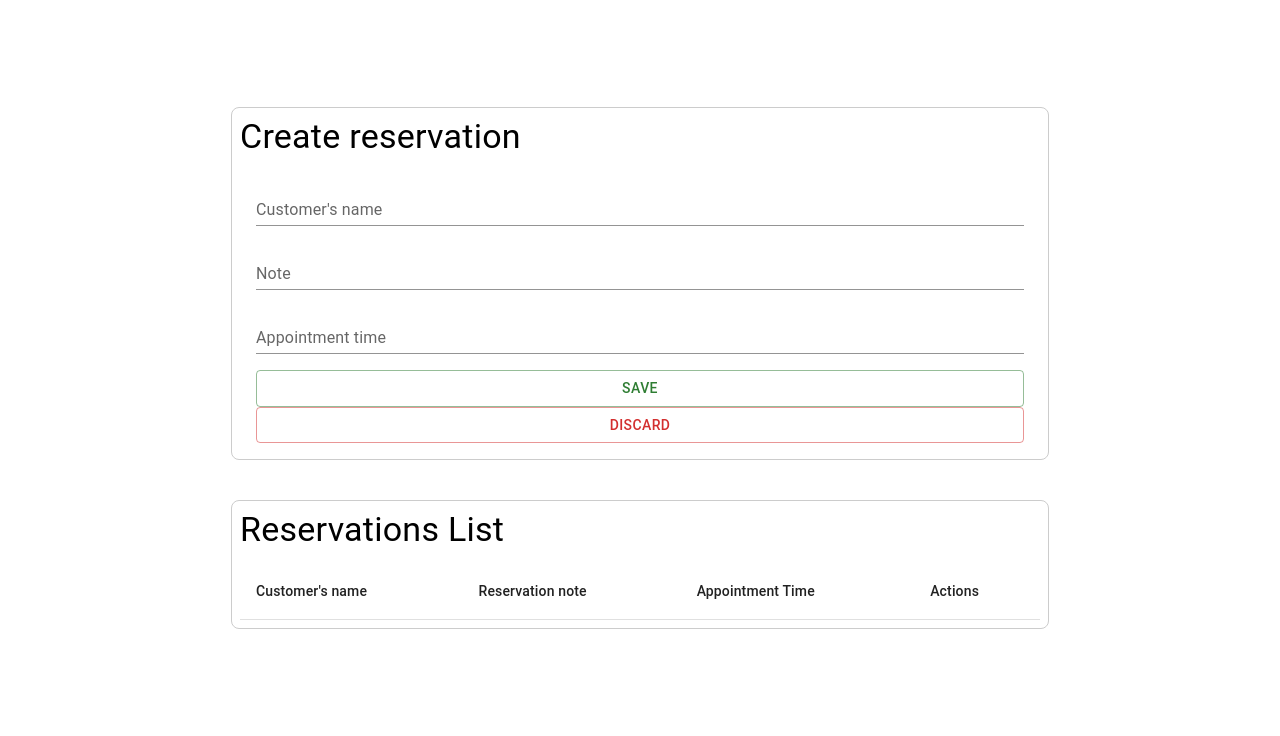
Repository: dovix58/PSP
Page: /beauty (app in frontEnd/)
These files come from the project's save history. The page is drawn as it stood at one moment and after a run of saves; the edit follows.
The browser window is 1280 px wide. The pictures show the whole page.
The page's requests for data from a server got no answer. The project was rebuilt for these pictures with package versions that can differ from the ones it lists, and the page was loaded fresh each time. No one was signed in, and anything a server would have sent is missing. Also part of the build but not shown: frontEnd/vite.config.ts, frontEnd/src/LandingPage.tsx, frontEnd/src/api/productAPI.ts, frontEnd/src/CreateOrder.tsx, frontEnd/src/api/OrderApi.ts, frontEnd/src/PaymentModal.tsx, frontEnd/src/OrderList.tsx, frontEnd/src/Styles.ts and 3 more.

Above is the page before, as saved 2024-12-19 13:49:09.

After the next 2 saves:
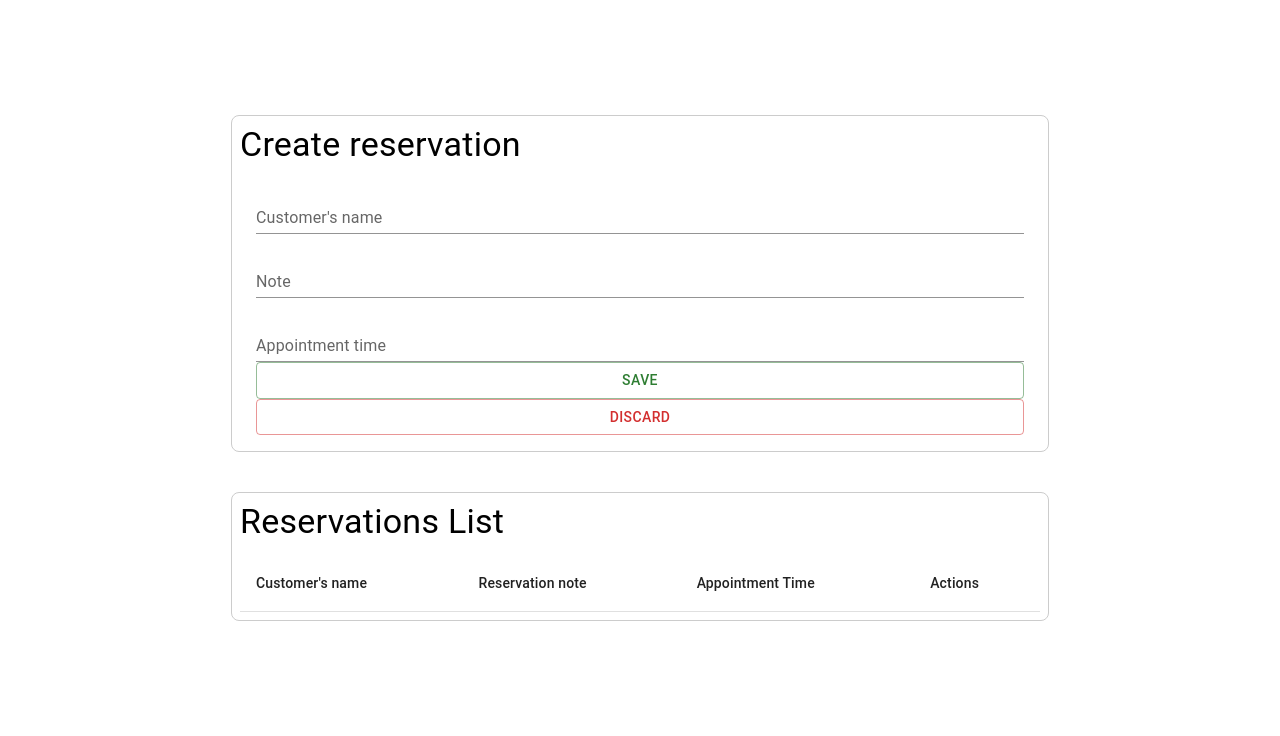
The 2 saves are shown as one change because they came seconds apart.
The last was saved 28 s later.
--- a/frontEnd/src/CreateReservation.tsx
+++ b/frontEnd/src/CreateReservation.tsx
@@ -23,14 +23,14 @@ export default function CreateReservation() {
             <TextField id="name" label="Customer's name" variant="standard" />
             <TextField id="note" label="Note" variant="standard" />
             <TextField id="time" label="Appointment time" variant="standard" />
-            <Stack dierction="row">
-              <Button variant="outlined" color="success">
-                Save
-              </Button>
-              <Button variant="outlined" color="error">
-                Discard
-              </Button>
-            </Stack>
+          </Stack>
+          <Stack dierction="row">
+            <Button variant="outlined" color="success">
+              Save
+            </Button>
+            <Button variant="outlined" color="error">
+              Discard
+            </Button>
           </Stack>
         </form>
       </Box>
